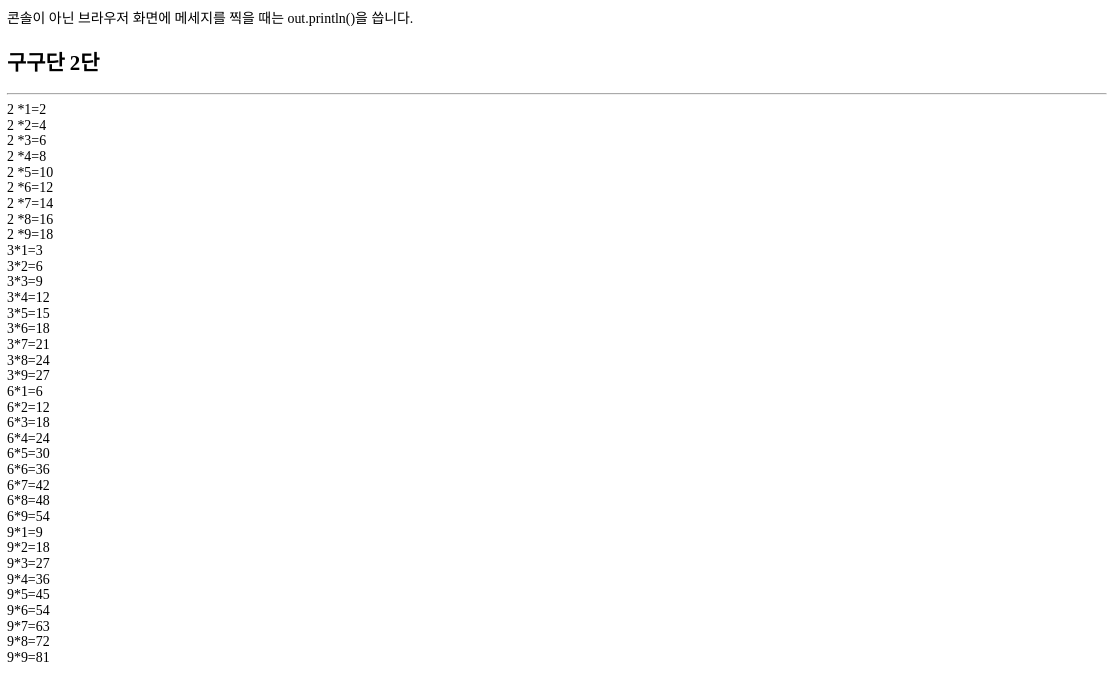
Repository: developedbyssony/JSP
Page: http://localhost/JSPbasic/jsptag/scriptlet.jsp
These files come from the project's save history. The page is drawn as it stood at one moment and after the next save; the edit follows.
The browser window is 1280 px wide. The pictures show the whole page, at 87% of full size.
The page is served by Tomcat 9. Other server files are loaded and not shown.

Above is the page before, as saved 2022-03-22 11:45:05.

### JSPbasic/src/main/webapp/jsptag/scriptlet.jsp
<%@ page language="java" contentType="text/html; charset=UTF-8"
    pageEncoding="UTF-8"%>
<!DOCTYPE html>
<html>
<head>
<meta charset="UTF-8">
<title>Insert title here</title>
</head>
<body>
	<% System.out.println("콘솔에 메세지를 찍을 때는 System.out.println()을 씁니다.");
	out.println("콘솔이 아닌 브라우저 화면에 메세지를 찍을 때는 out.println()을 씁니다.");%>
	<h2>구구단 2단</h2><hr />
	<% for(int i = 1; i < 10; i ++) {
		out.println("2 *" + i + "=" + (i*2) + "<br/>");
	} %>
	<!-- 반복문과 조건문을 이용하여 구구단 홀수단(3,5,7,9)를 화면에 출력해주세요. -->
	<%
		for(int j=3; j<10; j++) {
			if(j%3==0) {
				for(int s=1; s<10; s++) {
				out.println(j + "*" + s + "=" + (j*s) + "<br/>");
				}
			}
		}
	%>
</body>
</html>

After the next save:
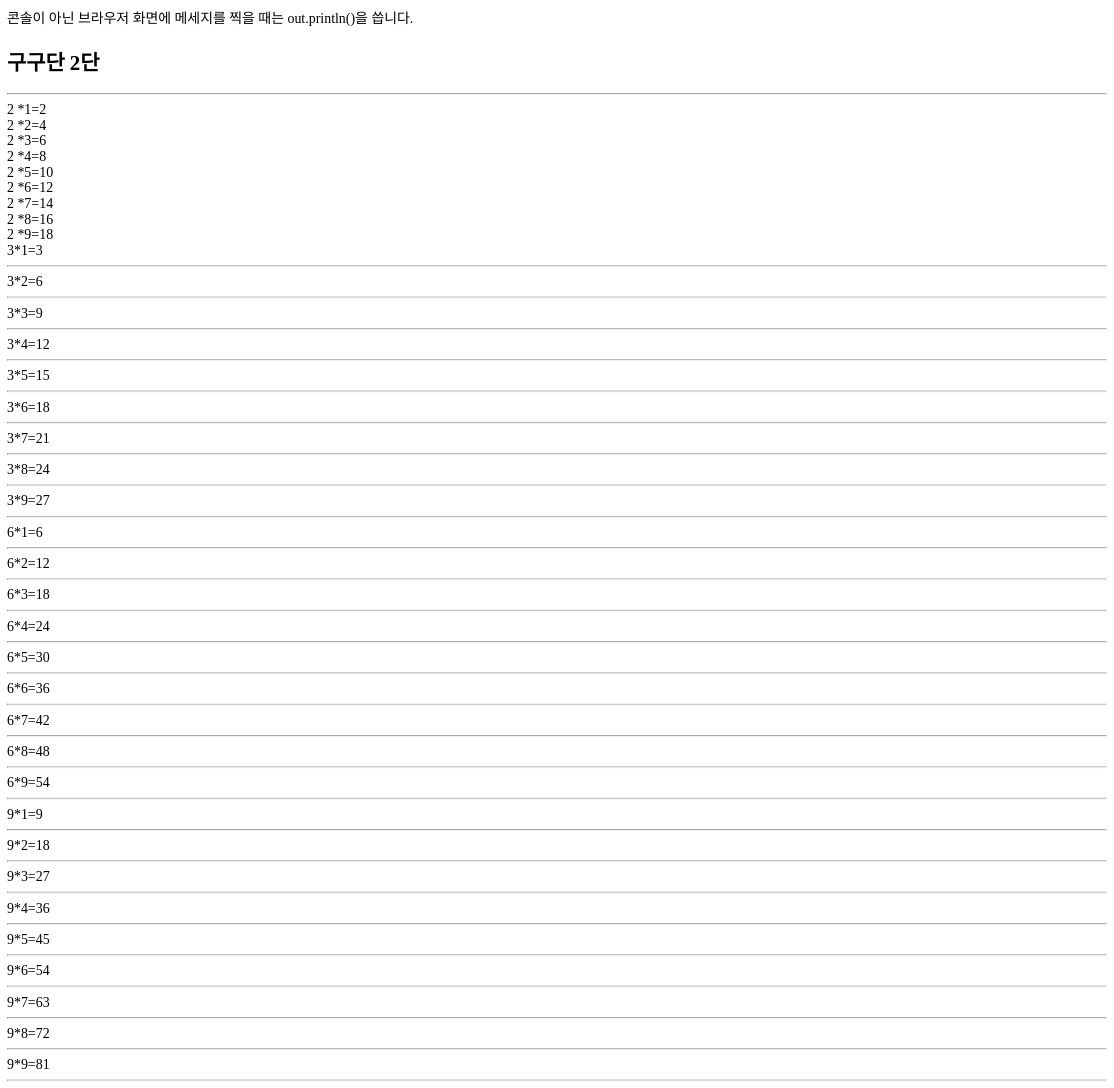
Saved 31 s later.
--- a/JSPbasic/src/main/webapp/jsptag/scriptlet.jsp
+++ b/JSPbasic/src/main/webapp/jsptag/scriptlet.jsp
@@ -18,7 +18,7 @@
 		for(int j=3; j<10; j++) {
 			if(j%3==0) {
 				for(int s=1; s<10; s++) {
-				out.println(j + "*" + s + "=" + (j*s) + "<br/>");
+				out.println(j + "*" + s + "=" + (j*s) + "<hr/>");
 				}
 			}
 		}
